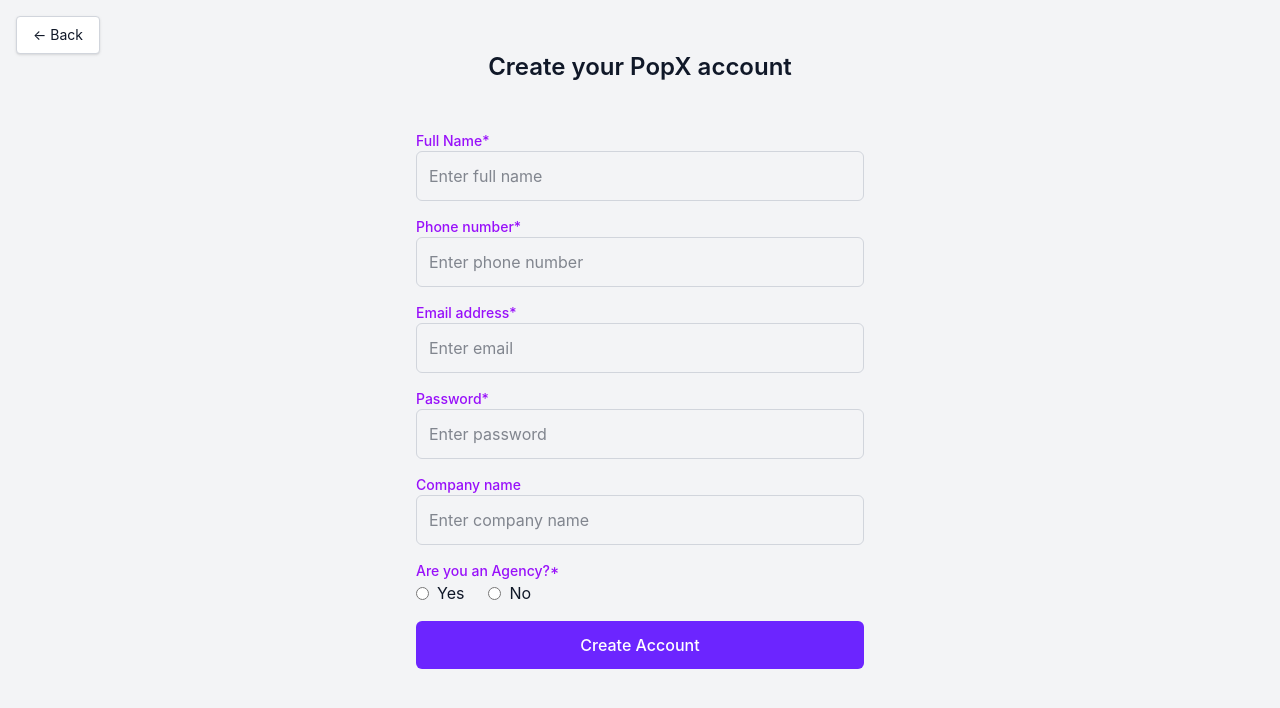
Repository: tanayburbure/inter
Page: /signup
The author's editor kept a copy of each file at every save. The page is drawn from the files as they stood at one save, then again after the next save.
The browser window is 1280 px wide. The pictures show the whole page.
The project was rebuilt for these pictures with package versions that can differ from the ones it lists, and the page was loaded fresh each time. Also part of the build but not shown: vite.config.js, src/pages/Welcome.jsx, src/pages/Login.jsx, src/pages/Account.jsx.

Above is the page before, as saved 2025-06-17 22:44:46.

### src/index.css
@import "tailwindcss";

body {
  font-family: 'Inter', sans-serif;
}

### src/App.jsx
import React from "react";
import { BrowserRouter as Router, Routes, Route, useLocation, useNavigate } from "react-router-dom";
import Welcome from "./pages/Welcome";
import Login from "./pages/Login";
import Signup from "./pages/Signup";
import Account from "./pages/Account";
import { UserProvider } from "./pages/UserContex";

// BackButton Component (only hidden on Welcome page)
function BackButton() {
  const location = useLocation();
  const navigate = useNavigate();

  // Hide on Welcome page
  if (location.pathname === "/") return null;

  return (
    <button
      onClick={() => navigate(-1)}
      className="absolute top-4 left-4 px-4 py-2 bg-white border border-gray-300 rounded shadow text-sm hover:bg-gray-50"
    >
      ← Back
    </button>
  );
}

// AppContent separated to use Router hooks
function AppContent() {
  return (
    <div className="relative min-h-screen bg-gray-100 text-gray-900">
      <BackButton />
      <Routes>
        <Route path="/" element={<Welcome />} />
        <Route path="/login" element={<Login />} />
        <Route path="/signup" element={<Signup />} />
        <Route path="/account" element={<Account />} />
      </Routes>
    </div>
  );
}

export default function App() {
  return (
    <UserProvider>
      <Router>
        <AppContent />
      </Router>
    </UserProvider>
  );
}

### src/pages/Signup.jsx
import { useNavigate } from "react-router-dom";
import { useUser } from "./UserContex"; // adjust the path

export default function Signup() {
  const navigate = useNavigate();
  const { setUserData } = useUser();

  const handleSubmit = (e) => {
    e.preventDefault();

    const form = e.target;
    const data = {
      fullName: form.fullName.value,
      phone: form.phone.value,
      email: form.email.value,
      password: form.password.value,
      company: form.company.value,
      isAgency: form.agency.value,
    };

    setUserData(data);
    navigate("/account");
  };

  return (
    <div className="min-h-screen flex items-center justify-center px-4 py-12 sm:px-6 lg:px-8">
      <div className="w-full max-w-md space-y-12">
        <h2 className="text-center text-2xl font-semibold text-gray-900">
          Create your PopX account
        </h2>
        <form className="space-y-4" onSubmit={handleSubmit}>
          <div>
            <label className="text-sm text-purple-600 font-medium block ">
              Full Name*
            </label>
            <input
              name="fullName"
              type="text"
              placeholder="Enter full name"
              required
              className="w-full border border-gray-300 rounded-md p-3"
            />
          </div>
          <div>
            <label className="text-sm text-purple-600 font-medium block ">
              Phone number*
            </label>
            <input
              name="phone"
              type="tel"
              placeholder="Enter phone number"
              required
              className="w-full border border-gray-300 rounded-md p-3"
            />
          </div>
          <div>
            <label className="text-sm text-purple-600 font-medium block ">
              Email address*
            </label>
            <input
              name="email"
              type="email"
              placeholder="Enter email"
              required
              className="w-full border border-gray-300 rounded-md p-3"
            />
          </div>
          <div>
            <label className="text-sm text-purple-600 font-medium block ">
              Password*
            </label>
            <input
              name="password"
              type="password"
              placeholder="Enter password"
              required
              className="w-full border border-gray-300 rounded-md p-3"
            />
          </div>
          <div>
            <label className="text-sm text-purple-600 font-medium block ">
              Company name
            </label>
            <input
              name="company"
              type="text"
              placeholder="Enter company name"
              className="w-full border border-gray-300 rounded-md p-3"
            />
          </div>
          <div>
            <label className="block text-sm text-purple-600 font-medium ">
              Are you an Agency?*
            </label>
            <div className="flex space-x-6">
              <label className="flex items-center">
                <input
                  type="radio"
                  name="agency"
                  value="Yes"
                  required
                  className="mr-2"
                />
                Yes
              </label>
              <label className="flex items-center">
                <input
                  type="radio"
                  name="agency"
                  value="No"
                  required
                  className="mr-2"
                />
                No
              </label>
            </div>
          </div>
          <button
            type="submit"
            className="w-full bg-[#6C25FF] cursor-pointer text-white py-3 rounded-md font-medium transition duration-200"
          >
            Create Account
          </button>
        </form>
      </div>
    </div>
  );
}

### src/pages/UserContex.jsx
import { createContext, useState, useContext } from "react";

const UserContext = createContext();

export function UserProvider({ children }) {
  const [userData, setUserData] = useState(null);
  return (
    <UserContext.Provider value={{ userData, setUserData }}>
      {children}
    </UserContext.Provider>
  );
}

export function useUser() {
  return useContext(UserContext);
}

Loaded but not shown: index.html (common file); src/main.jsx (common file)

After the next save:
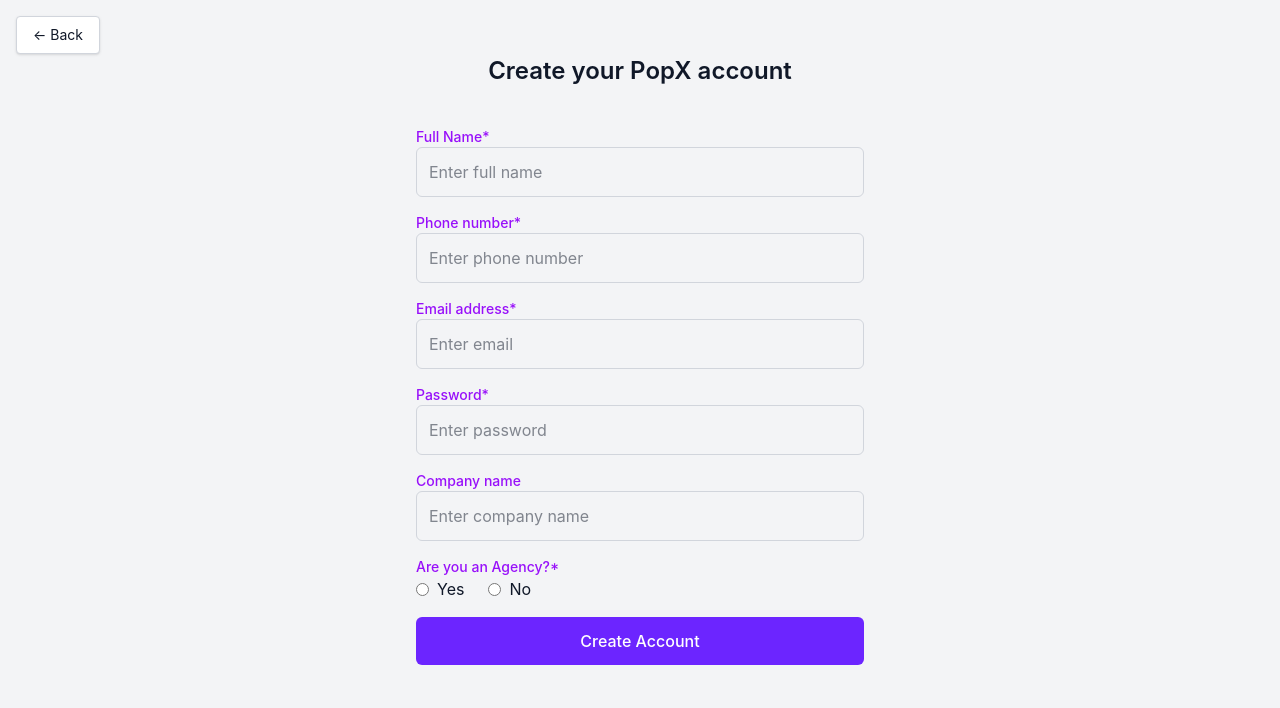
Saved 5 s later.
--- a/src/pages/Signup.jsx
+++ b/src/pages/Signup.jsx
@@ -24,7 +24,7 @@
 
   return (
     <div className="min-h-screen flex items-center justify-center px-4 py-12 sm:px-6 lg:px-8">
-      <div className="w-full max-w-md space-y-12">
+      <div className="w-full max-w-md space-y-10">
         <h2 className="text-center text-2xl font-semibold text-gray-900">
           Create your PopX account
         </h2>
